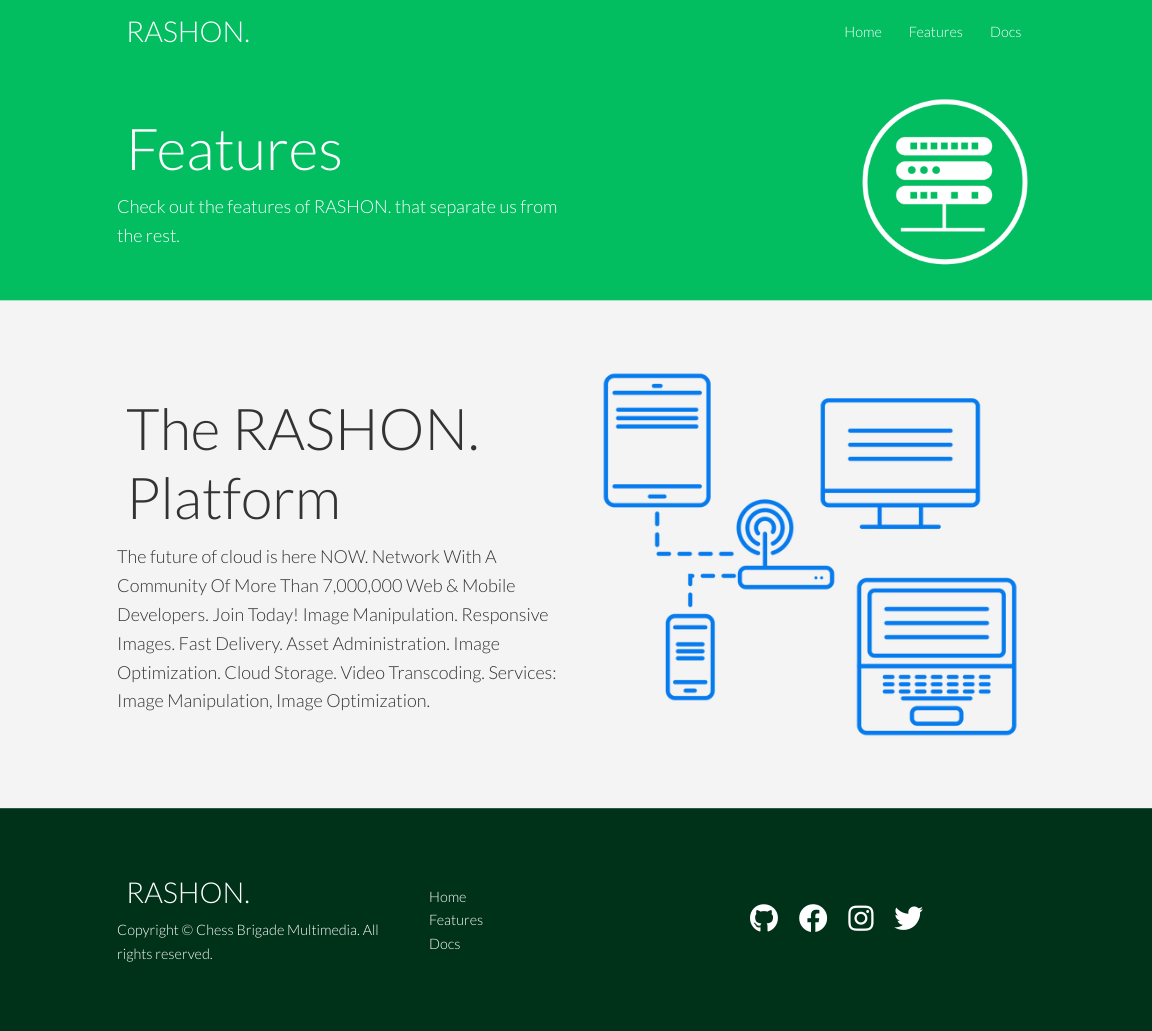
Repository: Skilis/website-modern
Page: features.html
The author's editor kept a copy of each file at every save. The page is drawn from the files as they stood at one save, then again after the next save.
The browser window is 1280 px wide. The pictures show the whole page, at 90% of full size.

Above is the page before, as saved 2020-10-23 17:13:01.

### features.html
<!DOCTYPE html>
<html lang="en">

<head>
  <meta charset="UTF-8">
  <meta name="viewport" content="width=device-width, initial-scale=1.0">
  <link rel="stylesheet" href="https://cdnjs.cloudflare.com/ajax/libs/font-awesome/5.15.1/css/all.min.css"
    integrity="sha512-+4zCK9k+qNFUR5X+cKL9EIR+ZOhtIloNl9GIKS57V1MyNsYpYcUrUeQc9vNfzsWfV28IaLL3i96P9sdNyeRssA=="
    crossorigin="anonymous" />
  <link rel="stylesheet" href="css/utilities.css">
  <link rel="stylesheet" href="css/style.css">

  <title>Rashon | Cloud Hosting For The SuperPhly</title>
</head>

<body>
  <!-- Navbar-->
  <div class="navbar">
    <div class="container flex">
      <h1 class="logo">RASHON.</h1>
      <nav>
        <ul>
          <li><a href="index.html">Home</a></li>
          <li><a href="features.html">Features</a></li>
          <li><a href="docs.html">Docs</a></li>
        </ul>
      </nav>
    </div>

  </div>

  <!-- Head -->
  <section class="features-head bg-primary py-3">
    <div class="container grid">
      <div>
        <h1 class="xl">Features</h1>
        <p class="lead">Check out the features of RASHON. that separate us from the rest.</p>
      </div>
      <img src="images/server.png" alt="">
    </div>
  </section>

  <!--Sub head -->

  <section class="features-sub-head bg-light py-3">
    <div class="container grid">
      <div>
        <h1 class="xl">The RASHON. Platform</h1>
        <p class="lead">The future of cloud is here NOW. Network With A Community Of More Than 7,000,000 Web & Mobile
          Developers. Join Today! Image Manipulation. Responsive Images. Fast Delivery. Asset Administration. Image
          Optimization. Cloud Storage. Video Transcoding. Services: Image Manipulation, Image Optimization.</p>
      </div>
      <img src="images/server2.png" alt="">
    </div>

  </section>

  <!-- Footer -->

  <footer class="footer bg-dark py-5">
    <div class="container grid grid-3">
      <div>
        <h1>RASHON.</h1>
        <p>Copyright &copy; Chess Brigade Multimedia. All rights reserved.</p>
      </div>
      <nav>
        <ul>
          <li><a href="index.html">Home</a></li>
          <li><a href="features.html">Features</a></li>
          <li><a href="docs.html">Docs</a></li>
        </ul>
      </nav>
      <div class="social">
        <a href="https://skilis.github.io/CBMM-Development/"><i class="fab fa-github fa-2x"></i></a>
        <a href="https://www.facebook.com/ChessChessBrigadeInc/"><i class="fab fa-facebook fa-2x"></i></a>
        <a href="https://www.instagram.com/skilis_creates/"><i class="fab fa-instagram fa-2x"></i></a>
        <a href="https://twitter.com/skilisthedon"><i class="fab fa-twitter fa-2x"></i></a>
      </div>
    </div>
  </footer>


</body>

</html>

### css/utilities.css
.container {
  max-width: 1100px;
  margin: 0 auto;
  overflow: auto;
  padding: 0 40px;
}

.card {
  background-color: #fff;
  color: #333;
  border-radius: 10px;
  box-shadow: 0 3px 10px rgba(0, 0, 0, 0.2);
  padding: 20px;
  margin: 10px;
}

.btn {
  display: inline-block;
  padding: 10px 30px;
  cursor: pointer;
  background: var(--primary-color);
  color: #fff;
  border: none;
  border-radius: 5px;
}

.btn-outline {
  background-color: transparent;
  border: 1px #fff solid;
}

.btn:hover {
  transform: scale(.98);
}

/* Backgrounds & Colored Buttons */

.bg-primary,
.btn-primary {
  background-color: var(--primary-color);
  color: #fff;
}

.bg-secondary,
.btn-secondary {
  background-color: var(--secondary-color);
  color: #fff;
}

.bg-dark,
.btn-dark {
  background-color: var(--dark-color);
  color: #fff;
}

.bg-primary a,
.btn-primary a,
.bg-secondary a,
.btn-secondary a,
.bg-dark a,
.btn-dark a {
  color: #fff;
}

.bg-light,
.btn-light {
  background-color: var(--light-color);
  color: #333;
}

/* Text Sizes */

.lead {
  font-size: 20px;
}

.sm {
  font-size: 1rem;
}

.md {
  font-size: 2rem;
}

.lg {
  font-size: 3rem;
}

.xl {
  font-size: 4rem;
}

.text-center {
  text-align: center;
}

.flex {
  display: flex;
  justify-content: center;
  align-items: center;
  height: 100%;
}

.grid {
  display: grid;
  grid-template-columns: repeat(2, 1fr);
  gap: 20px;
  justify-content: center;
  align-items: center;
  height: 100%;
}

.grid-3 {
  grid-template-columns: repeat(3, 1fr);
}

/* Margin */

.my-1 {
  margin: 1rem;
}

.my-2 {
  margin: 1.5rem 0;
}

.my-3 {
  margin: 2rem 0;
}

.my-4 {
  margin: 3rem 0;
}

.my-5 {
  margin: 4rem 0;
}

.m-1 {
  margin: 1rem;
}

.m-2 {
  margin: 1.5rem;
}

.m-3 {
  margin: 2rem;
}

.m-4 {
  margin: 3rem;
}

.m-5 {
  margin: 4rem;
}

/* Padding */

.py-1 {
  padding: 1rem;
}

.py-2 {
  padding: 1.5rem 0;
}

.py-3 {
  padding: 2rem 0;
}

.py-4 {
  padding: 3rem 0;
}

.py-5 {
  padding: 4rem 0;
}

.p-1 {
  padding: 1rem;
}

.p-2 {
  padding: 1.5rem;
}

.p-3 {
  padding: 2rem;
}

.p-4 {
  padding: 3rem;
}

.p-5 {
  padding: 4rem;
}

### css/style.css
@import url('https://fonts.googleapis.com/css2?family=Lato:wght@300&display=swap');

:root {
  --primary-color: #03be61;
  --secondary-color: #026e38;
  --dark-color: #003119;
  --light-color: #f4f4f4;
}

* {
  box-sizing: border-box;
  padding: 0;
  margin: 0;
}

body {
  font-family: 'Lato', sans-serif;
  color: #333;
  line-height: 1.6;
}

ul {
  list-style-type: none;
}

a {
  text-decoration: none;
  color: #333;
}

h1,
h2 {
  font-weight: 300;
  line-height: 1.2;
  margin: 10px;
}

p {
  margin: 10px 0;
}

img {
  width: 100%;
}

/* Navrbar*/

.navbar {
  background-color: var(--primary-color);
  color: #fff;
  height: 70px;
}

.navbar ul {
  display: flex;
}

.navbar a {
  color: #fff;
  padding: 10px;
  margin: 0 5px;
}

.navbar a:hover {
  border-bottom: 2px white solid;
}

.navbar .flex {
  justify-content: space-between;
}

/* Showcase*/

.showcase {
  height: 400px;
  background-color: var(--primary-color);
  color: white;
  position: relative;
}

.showcase h1 {
  font-size: 40px;
}

.showcase p {
  margin: 20px 0;
}

.showcase .grid {
  overflow: visible;
  grid-template-columns: 55% 45%;
  gap: 30px;
}

.showcase-form {
  position: relative;
  top: 60px;
  height: 350px;
  width: 400px;
  padding: 40px;
  z-index: 100;
}

.showcase-form .form-control {
  margin: 30px 0;
}

.showcase-form input[type='text'],
.showcase-form input[type='email'] {
  border: 0;
  border-bottom: 1px solid #b4becb;
  width: 100%;
  padding: 3px;
  font-size: 16px;
}

.showcase-form input:focus {
  outline: none;
}

.showcase::before,
.showcase::after {
  content: '';
  position: absolute;
  height: 100px;
  bottom: -70px;
  right: 0;
  left: 0;
  background: white;
  transform: skewY(-3deg);
  -webkit-transform: skewY(-3deg);
  -moz-transform: skewY(-3deg);
  -ms-transform: skewY(-3deg);
}

/* Stats */

.stats {
  padding-top: 100px;
}

.stats-heading {
  max-width: 500px;
  margin: auto;
}

.stats .grid h3 {
  font-size: 35px;
}

.stats .grid p {
  font-size: 20px;
  font-weight: bold;
}

/* Cli */

.cli .grid {
  grid-template-columns: repeat(3, 1fr);
  grid-template-rows: repeat(2, 1fr);
}

.cli .grid>*:first-child {
  grid-column: 1 / span 2;
  grid-row: 1 / span 2;
}

/* Cloud */

.cloud .grid {
  grid-template-columns: 4fr 3fr;
}

/* Languages */

.languages .flex {
  flex-wrap: wrap;
}

.languages .card {
  text-align: center;
  margin: 18px 10px 40px;
  transition: transform 0.2s ease-in;
}

.languages .card h4 {
  font-size: 20px;
  margin-bottom: 10px;
}

.languages .card:hover {
  transform: translateY(-15px);
}

/* Features */

.features-head img {
  width: 200px;
  justify-self: flex-end;
}

/* Footer */

.footer .social a {
  margin: 0 10px;
}

/* Tablets and under*/

@media(max-width: 768px) {

  .grid,
  .showcase .grid,
  .stats .grid,
  .cli .grid,
  .cloud .grid {
    grid-template-columns: 1fr;
    grid-template-rows: 1fr;
  }

  .showcase {
    height: auto;
  }

  .showcase-text {
    text-align: center;
    margin-top: 40px;
  }

  .showcase-form {
    justify-self: center;
    margin: auto;
  }

  .cli .grid>*:first-child {
    grid-column: 1;
    grid-row: 1;
  }

}

/* Mobile*/

@media(max-width: 500px) {
  .navbar {
    height: 110px;
  }

  .navbar .flex {
    flex-direction: column;
  }

  .navbar ul {
    padding: 10px;
    background-color: rgba(0, 0, 0, 0.1);
  }
}

After the next save:
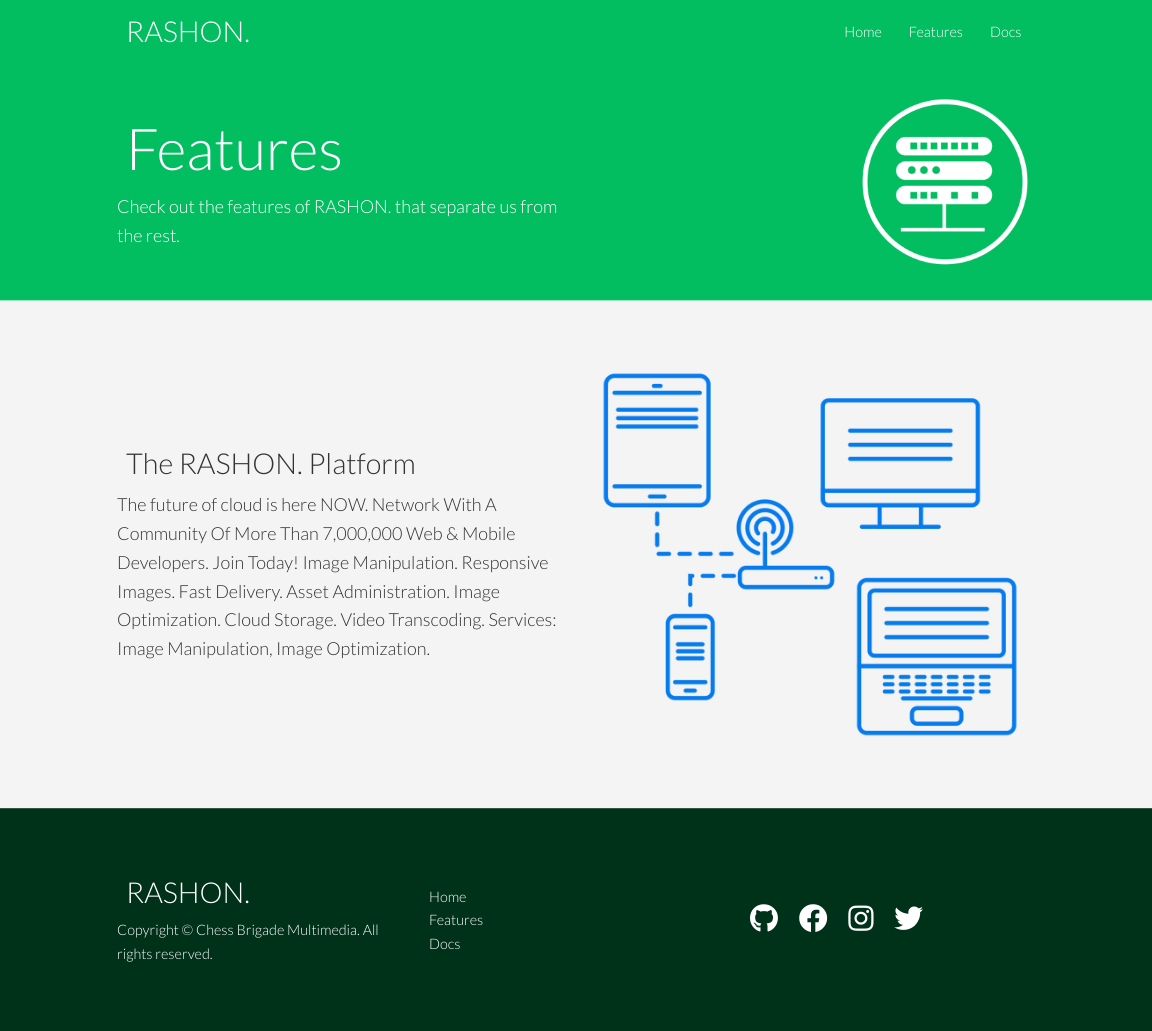
Saved 28 s later.
--- a/features.html
+++ b/features.html
@@ -45,7 +45,7 @@
   <section class="features-sub-head bg-light py-3">
     <div class="container grid">
       <div>
-        <h1 class="xl">The RASHON. Platform</h1>
+        <h1 class="md">The RASHON. Platform</h1>
         <p class="lead">The future of cloud is here NOW. Network With A Community Of More Than 7,000,000 Web & Mobile
           Developers. Join Today! Image Manipulation. Responsive Images. Fast Delivery. Asset Administration. Image
           Optimization. Cloud Storage. Video Transcoding. Services: Image Manipulation, Image Optimization.</p>
